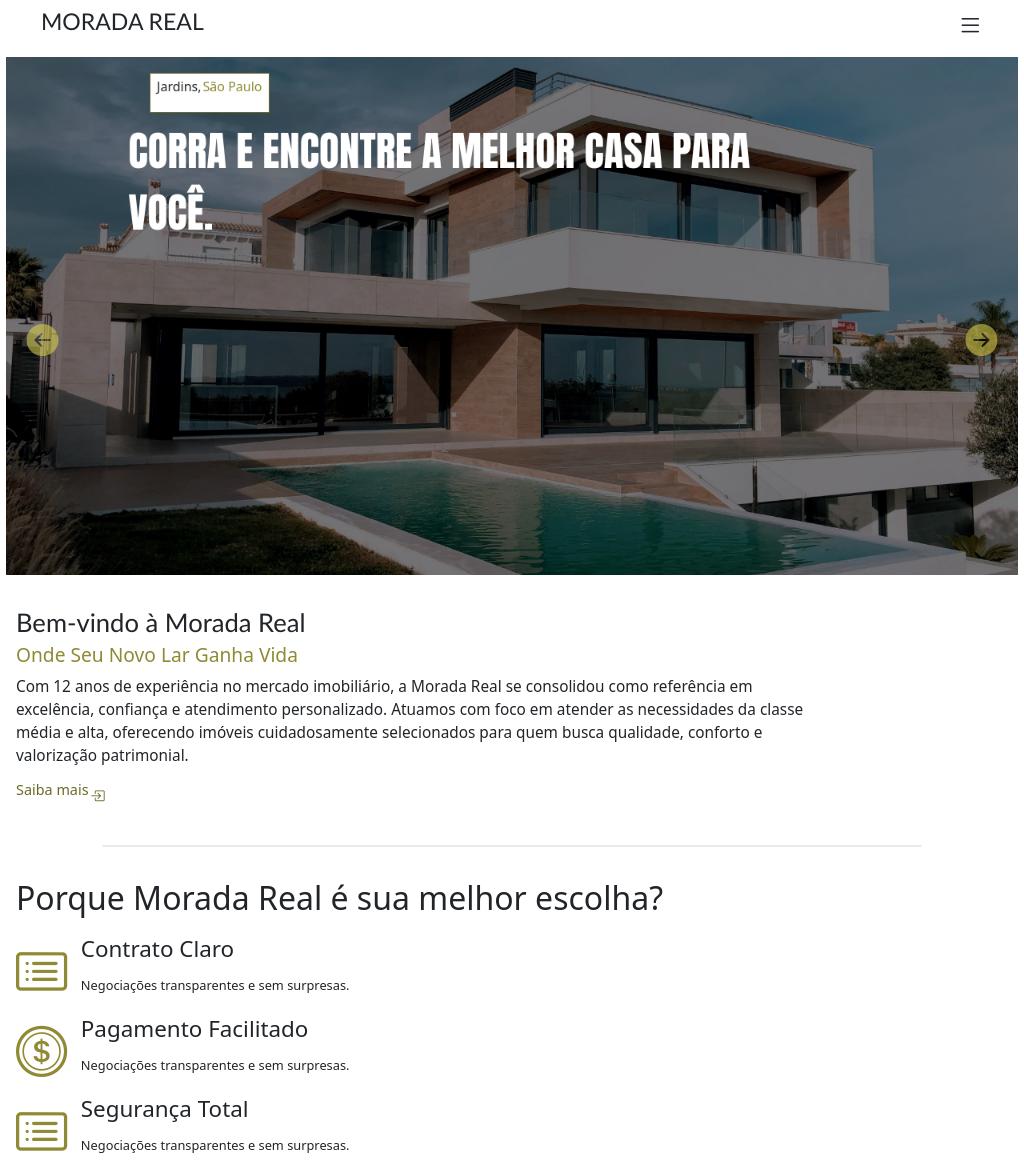
Repository: Mattyns/moradareal
Page: index.html
An editor plug-in stored every save of this project. The page is shown before and after the next save, followed by the edit.
The browser window is 1280 px wide. The pictures show the whole page, at 80% of full size.

Above is the page before, as saved 2025-07-13 17:52:51.

After the next save:
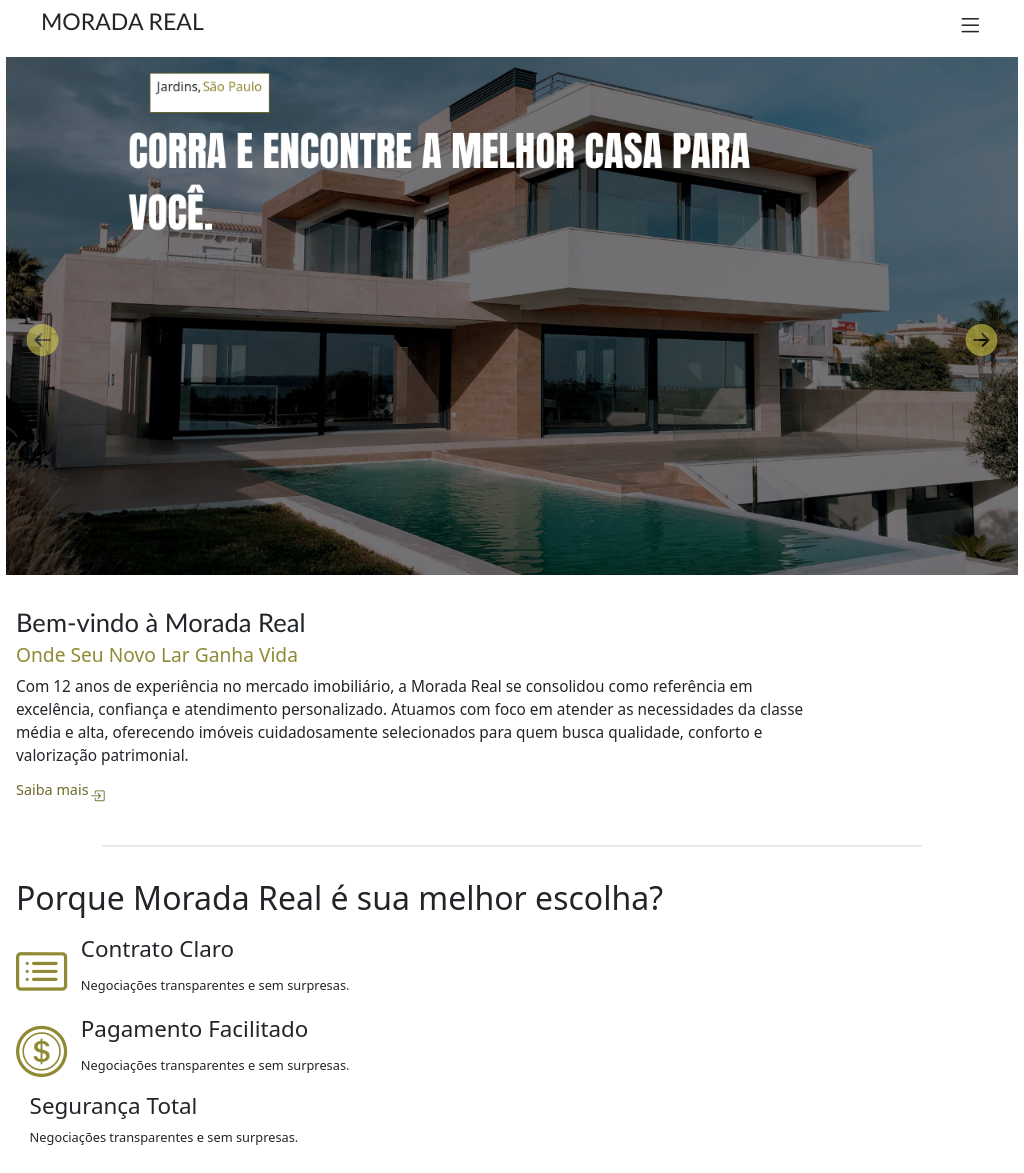
Saved 52 s later.
--- a/index.html
+++ b/index.html
@@ -82,7 +82,7 @@
                         </div>
 
                         <div class="service__card service__security">
-                            <i class="service__icon bi-card-list"></i>
+                            <i class="service__icon bi-sh"></i>
                             <h3 class="service__title">Segurança Total</h3>
                             <p class="service__text">Negociações transparentes e sem surpresas.</p>
                         </div>
